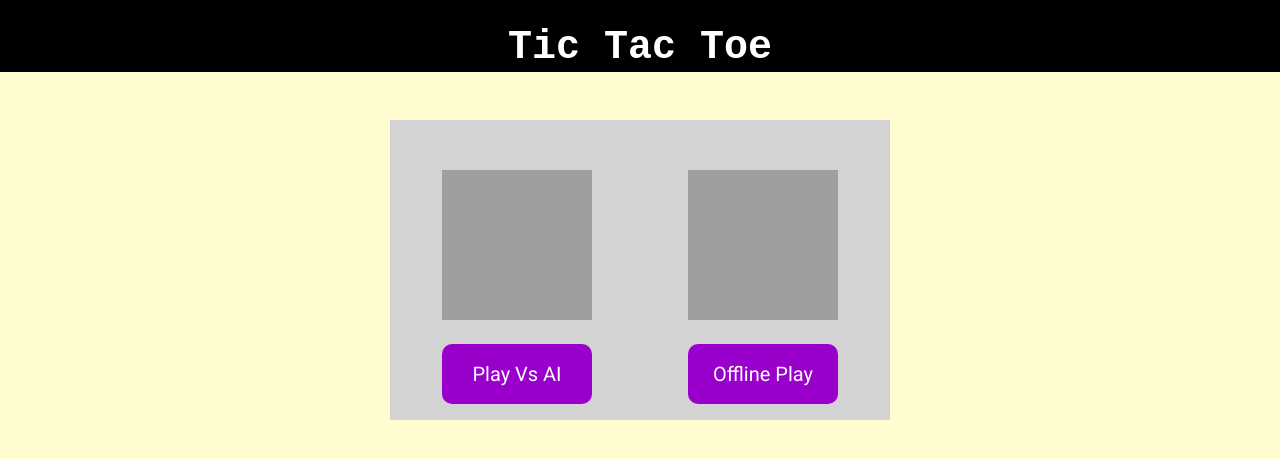
Repository: sidv121415/tic-tac-toe
Page: mode-selection.html
An editor plug-in stored every save of this project. The page is shown before and after the next save, followed by the edit.
The browser window is 1280 px wide. The pictures show the whole page.
Pictures or frames that could not be fetched are drawn as grey boxes. Some web fonts or font styles are not loaded; a fallback is used.

Above is the page before, as saved 2024-10-22 00:26:03.

After the next save:
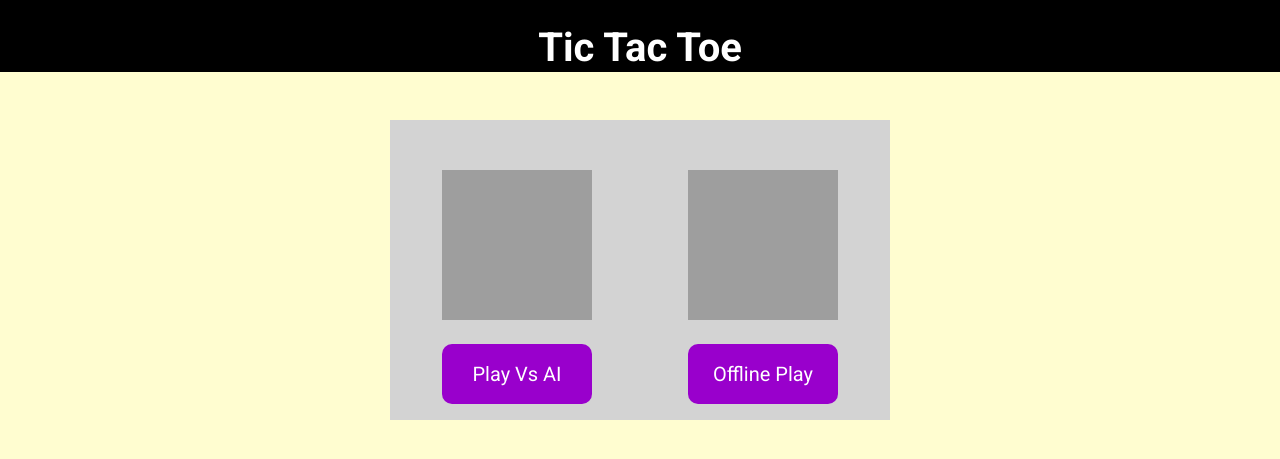
Saved 2 s later.
--- a/mode-selection.html
+++ b/mode-selection.html
@@ -1,19 +1,17 @@
 <!DOCTYPE html>
-<html>
+<html lang="en">
 <head>
     <link rel="stylesheet" href="https://stackpath.bootstrapcdn.com/bootstrap/4.5.2/css/bootstrap.min.css" integrity="sha384-JcKb8q3iqJ61gNV9KGb8thSsNjpSL0n8PARn9HuZOnIxN0hoP+VmmDGMN5t9UJ0Z" crossorigin="anonymous" />
     <script src="https://code.jquery.com/jquery-3.5.1.slim.min.js" integrity="sha384-DfXdz2htPH0lsSSs5nCTpuj/zy4C+OGpamoFVy38MVBnE+IbbVYUew+OrCXaRkfj" crossorigin="anonymous"></script>
-    <title>Mode-Selection</title>
+    <title>Mode Selection</title>
     <script src="https://cdn.jsdelivr.net/npm/popper.js@1.16.1/dist/umd/popper.min.js" integrity="sha384-9/reFTGAW83EW2RDu2S0VKaIzap3H66lZH81PoYlFhbGU+6BZp6G7niu735Sk7lN" crossorigin="anonymous"></script>
     <script src="https://stackpath.bootstrapcdn.com/bootstrap/4.5.2/js/bootstrap.min.js" integrity="sha384-B4gt1jrGC7Jh4AgTPSdUtOBvfO8shuf57BaghqFfPlYxofvL8/KUEfYiJOMMV+rV" crossorigin="anonymous"></script>
 
     <style>
-        /* Google Fonts */
-        @import url('https://fonts.googleapis.com/css2?family=Bree+Serif&family=Caveat:wght@400;700&family=Lobster&family=Monoton&family=Open+Sans:ital,wght@0,400;0,700;1,400;1,700&family=Playfair+Display+SC:ital,wght@0,400;0,700;1,700&family=Playfair+Display:ital,wght@0,400;0,700;1,700&family=Roboto:ital,wght@0,400;0,700;1,400;1,700&family=Source+Sans+Pro:ital,wght@0,400;0,700;1,700&family=Work+Sans:ital,wght@0,400;0,700;1,700&display=swap');
+        @import url('https://fonts.googleapis.com/css2?family=Roboto:wght@400;700&display=swap');
 
-        /* Custom Styles */
         .head {
-            font-family: Courier New;
+            font-family: Roboto;
             font-weight: bold;
             color: white;
         }
